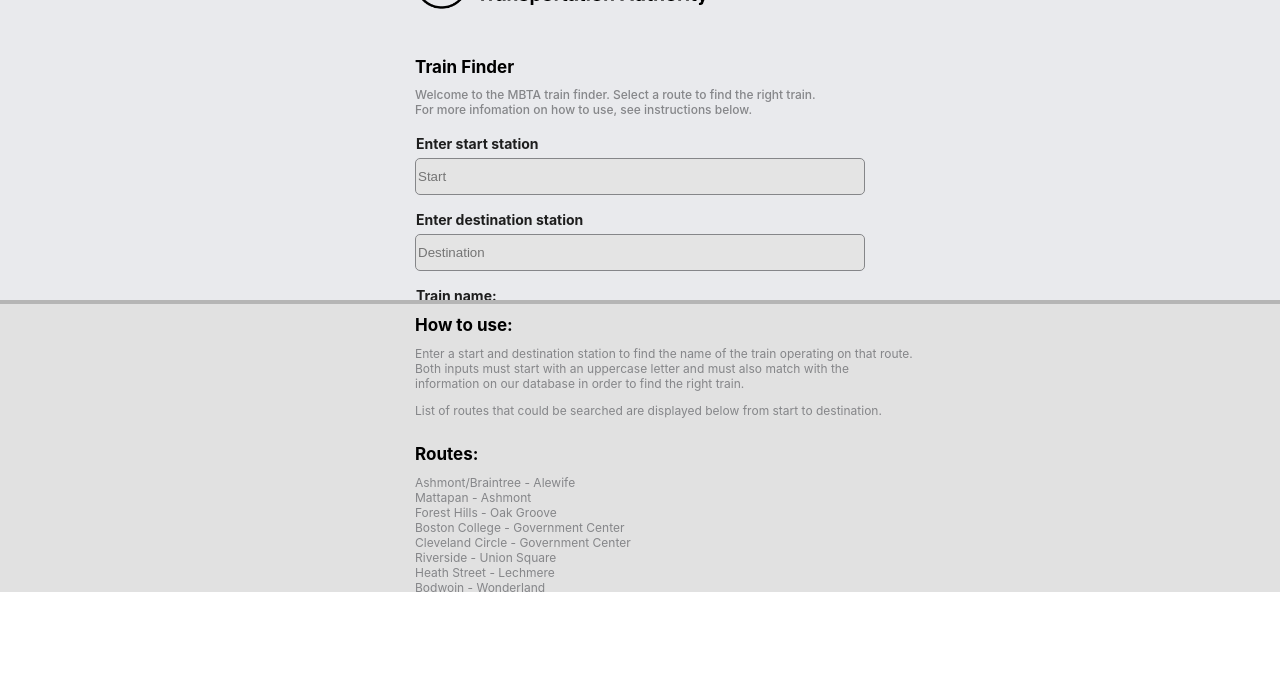
Repository: jumadesigns/mbta-train-finder
Page: / (app in mbta-app/)
An editor plug-in stored every save of this project. The page is shown before and after a run of saves, followed by the edit.
The browser window is 1280 px wide. The pictures show the whole page.
The page's requests for data from a server got no answer. The project was rebuilt for these pictures with package versions that can differ from the ones it lists, and the page was loaded fresh each time. No one was signed in, and anything a server would have sent is missing.

Above is the page before, as saved 2022-09-26 23:53:17.

### mbta-app/src/index.css
body {
  margin: 0;
  font-family: -apple-system, BlinkMacSystemFont, "Segoe UI", "Roboto", "Oxygen",
    "Ubuntu", "Cantarell", "Fira Sans", "Droid Sans", "Helvetica Neue",
    sans-serif;
  -webkit-font-smoothing: antialiased;
  -moz-osx-font-smoothing: grayscale;
  height: 100vh;
}

.App {
  text-align: center;
}

.App-logo {
  margin-top: 3vh;
  max-width: 65%;
  max-height: 65%;
  margin-right: 25vh;
}

.header-title {
  text-align: left;
  margin-top: 6vh;
  font-size: 17px;
}

.header-subtitle {
  color: #858689;
  font-size: 12px;
  font-weight: 500;
  text-align: left;
  margin-top: -1vh;
}

.input-div {
  display: flex;
  flex-direction: column;
  justify-content: center;
  align-items: center;
  background-color: #e9eaed;
  height: 300px;
}

.input-container {
  margin-top: 2vh;
  height: 50vh;
  width: 450px;
  margin-bottom: 12vh;
}

.mbta-input-container {
  display: flex;
  flex-direction: column;
  justify-content: space-between;
  align-items: left;
}

.label-title {
  font-size: 14px;
  color: #1e1e1e;
  text-align: left;
  padding: 1px;
  margin: 5px;
  margin-bottom: 10px;
  margin-left: 0px;
}

.find-train-button {
  height: 48px;
  background-color: #1e1e1e;
  color: white;
  border: 1.5px solid #1e1e1e;
  border-radius: 7px;
}

.button-text {
  text-align: center;
  font-size: 16px;
  margin-top: 13px;
}

.input-bar {
  background: #e4e4e4;
  border: 1.5px solid #858689;
  border-radius: 5px;
  height: 33px;
  margin-bottom: 10px;
  margin-top: -5px;
}

.train-title {
  margin-bottom: 0vh;
}

#train-name {
  font-weight: 700;
  font-size: 20px;
  color: #1e1e1e;
  margin-bottom: 0px;
}

#train-name-not-found {
  font-size: 15px;
  font-weight: 700;
  margin-top: 0vh;
  color: red;
}

#error-message {
  margin-top: 1vh;
  color: red;
  font-size: 15px;
  font-weight: 700;
}

.bottom-container {
  position: absolute;
  bottom: 40;
  width: 100%;
  background-color: #e1e1e1;
  border-top: 4px #b5b5b5 solid;
  height: 40vh;
  display: flex;
  flex-direction: column;
  justify-content: center;
  align-items: center;
}

.bottom-center-div {
  height: 400px;
  width: 450px;
  margin-top: -10px;
  top: 40%;
  position: static;
  /*background-color: blue;*/
}

.bottom-section-title-1 {
  position: absolute;
  font-weight: 700;
  font-size: 17px;
  margin-top: 5vh;
  margin-right: 25vw;
}

.bottom-section-title-2 {
  position: absolute;
  font-weight: 700;
  font-size: 17px;
  margin-top: 2vh;
  margin-right: 25vw;
}

.bottom-section-paragraph-1 {
  font-size: 12px;
  text-align: left;
  color: #858689;
  margin-top: 9.3vh;
  width: 500px;
}

.bottom-section-paragraph-2 {
  font-size: 12px;
  text-align: left;
  color: #858689;
  margin-top: 8vh;
  width: 500px;
}

### mbta-app/src/App.js
import logo from "./logo.png";
import "./index.css";
import Input from "./Input";

/*

  My name is Victor Nite. Thank you for allowing me the opportunity to build this app.
  Although i was required to just complete the steps on the instruction, I went ahead to implement
  some additional functionalities to enhance the the user experience of the app. Here is what i added.

  1. ** Validation Checks **
  Since the name of the stops returned from the API are case sensitive and a user might not know that, I
  implemented validation check to inform the user that the first letter of each word must be case sensitive.
  I also implemented another validation to the check if the stations are not entered correctly.

  2. ** List the stations **
  I also thought a first time user might not know what to search for or how to combine
  the right stations to find a train. So i displayed a list of the stations to aide first time users.

  3. ** Interactive UI **
  I implemented an interactive UI with the official MBTA logo and their style guidelines. I also displayed
  instructions on how to use the app on the UI


  ** ISSUES I HAD **
  I was able to attempt all the steps however, i couldn't make progess with Step 2 simply because all the objects
  with the MBTA trains all returned 2 stops so there was nothing to compare them with.


  I added some comment alongside some of the code for better understanding on my thought process.

*/

function App() {
  return (
    <div className="App">
      <div className="input-div">
        <div className="input-container">
          <header className="App-header">
            <img src={logo} className="App-logo" alt="logo" />
            <h3 className="header-title">Train Finder</h3>
            <p className="header-subtitle">
              Welcome to the MBTA train finder. Select a route to find the right train. <br></br>
              For more infomation on how to use, see instructions below.
            </p>
          </header>

          <Input />
        </div>
      </div>
      <div className="bottom-container">
        <div className="bottom-center-div">
          <h3 className="bottom-section-title-1">How to use:</h3>

          <p className="bottom-section-paragraph-1">
            Enter a start and destination station to find the name of the train
            operating on that route. Both inputs must start with an uppercase
            letter and must also match with the information on our database in
            order to find the right train.
            <p>
              List of routes that could be searched are displayed below from
              start to destination.
            </p>
          </p>

          <h3 className="bottom-section-title-2">Routes:</h3>

          <p className="bottom-section-paragraph-2">
            Ashmont/Braintree - Alewife <br></br>
            Mattapan - Ashmont <br></br>
            Forest Hills - Oak Groove <br></br>
            Boston College - Government Center <br></br>
            Cleveland Circle - Government Center <br></br>
            Riverside - Union Square <br></br>
            Heath Street - Lechmere <br></br>
            Bodwoin - Wonderland <br></br>
          </p>
        </div>
      </div>
    </div>
  );
}

export default App;

### mbta-app/src/Input.js
import "./index.css";
import Axios from "axios";
import React from "react";
import { useEffect, useState } from "react";

/*

  My name is Victor Nite. Thank you for allowing me the opportunity to build this app.
  Although i was required to just complete the steps on the instruction, I went ahead to implement
  some additional functionalities to enhance the the user experience of the app. Here is what i added.

  1. ** Validation Checks **
  Since the name of the stops returned from the API are case sensitive and a user might not know that, I
  implemented validation check to inform the user that the first letter of each word must be case sensitive.
  I also implemented another validation to the check if the stations are not entered correctly.

  2. ** List the stations **
  I also thought a first time user might not know what to search for or how to combine
  the right stations to find a train. So i displayed a list of the stations to aide first time users.

  3. ** Interactive UI **
  I implemented an interactive UI with the official MBTA logo and their style guidelines. I also displayed
  instructions on how to use the app on the UI


  ** ISSUES I HAD **
  I was able to attempt all the steps however, i couldn't make progess with Step 2 simply because all the objects
  with the MBTA trains all returned 2 stops so there was nothing to compare them with.


  I added some comment alongside some of the code for better understanding on my thought process.

*/

function Input() {
  const [responseData, setResponseData] = useState([]);
  const [start, setStart] = useState("");
  const [destination, setDestination] = useState("");
  const [foundTrains, setFoundTrains] = useState("");
  const [errorText, setErrorText] = useState("");
  const [notFound, setNotFound] = useState("");

  //Makes the API call for Step 1 whenever the page loads.
  useEffect(() => {
    getData();
  }, []);

  //Checks on when there is no input.
  useEffect(() => {
    if (start === "" && destination === "") {
      setNotFound("");
      setErrorText("");
      setFoundTrains("");
    }
  }, [start, destination]);

  //Checks for inputs with the wrong answer.
  useEffect(() => {
    if (notFound !== "") {
      setFoundTrains("");
    }
  }, [notFound]);

  //Checks for when wrong answer is deleted.
  useEffect(() => {
    if (start && destination) {
      setNotFound("");
      console.log(start, destination);
    }
  }, [start, destination]);

  const handleStartChange = (event) => {
    const word = event.target.value;

    //Checks for validation to make sure first letter is uppercase. (New Feature)
    if (word.charAt(0) === word.charAt(0).toLowerCase()) {
      setErrorText(
        "*First letter must be Uppercase! Please delete and type again"
      );
    } else if (word.charAt(0) === word.charAt(0).toUpperCase()) {
      setErrorText("");
    }
    setStart(word);
  };

  const handleDestinationChange = (event) => {
    const word = event.target.value;

    //Checks for validation to make sure first letter is uppercase. (New Feature)
    if (word.charAt(0) === word.charAt(0).toLowerCase()) {
      setErrorText(
        "*First letter must be Uppercase! Please delete and type again"
      );
    } else if (word.charAt(0) === word.charAt(0).toUpperCase()) {
      setErrorText("");
    }
    setDestination(word);
  };

  const FindTrains = () => {
    const findTrains = responseData.filter((train) => {
      return (
        train.attributes.direction_destinations.includes(start) &&
        train.attributes.direction_destinations.includes(destination)
      );
    });

    //Checks for when the search returns no data, updates the state to display a message.
    if (findTrains.length > 0) {
      const found = findTrains
        .map((train) => train.attributes.long_name)
        .join("line, ");
      setFoundTrains(found);
    } else {
      setNotFound(
        "*No train was found! Please clear all inputs and search again."
      );
    }
  };

  const getData = () => {
    /*
        Fetch the API. Using the second API link because it returns a more
        filtered list unlike the first one.
    */
    Axios.get("https://api-v3.mbta.com/routes?filter[type]=0,1").then(
      (response) => {
        //Put response in a variable
        const res = response.data;
        //console.log(res.data);

        //Map through the res variable to log to the name of trains to the console as required for Step 1.
        res.data.map((val) => console.log(val.attributes.long_name));

        //Set response to the state
        setResponseData(res.data);
      }
    );
  };

  return (
    <div className="">
      <div className="mbta-input-container">
        <h4 className="label-title">Enter start station</h4>
        <input
          className="input-bar"
          type="text"
          value={start}
          placeholder="Start"
          onChange={(e) => handleStartChange(e)}
        />
        <h4 className="label-title">Enter destination station</h4>
        <input
          className="input-bar"
          type="text"
          value={destination}
          placeholder="Destination"
          onChange={(e) => handleDestinationChange(e)}
        />
        <h4 className="label-title train-title">Train name:</h4>
        <h2 id="train-name">{foundTrains}</h2>
        <p id="train-name-not-found">{notFound}</p>

        <button onClick={FindTrains} className="find-train-button">
          <h3 className="button-text">Find Trains</h3>
        </button>

        <span id="error-message">{errorText}</span>
      </div>
    </div>
  );
}

export default Input;

Loaded but not shown: mbta-app/public/index.html (common file); mbta-app/src/index.js (common file)

After the next 2 saves:
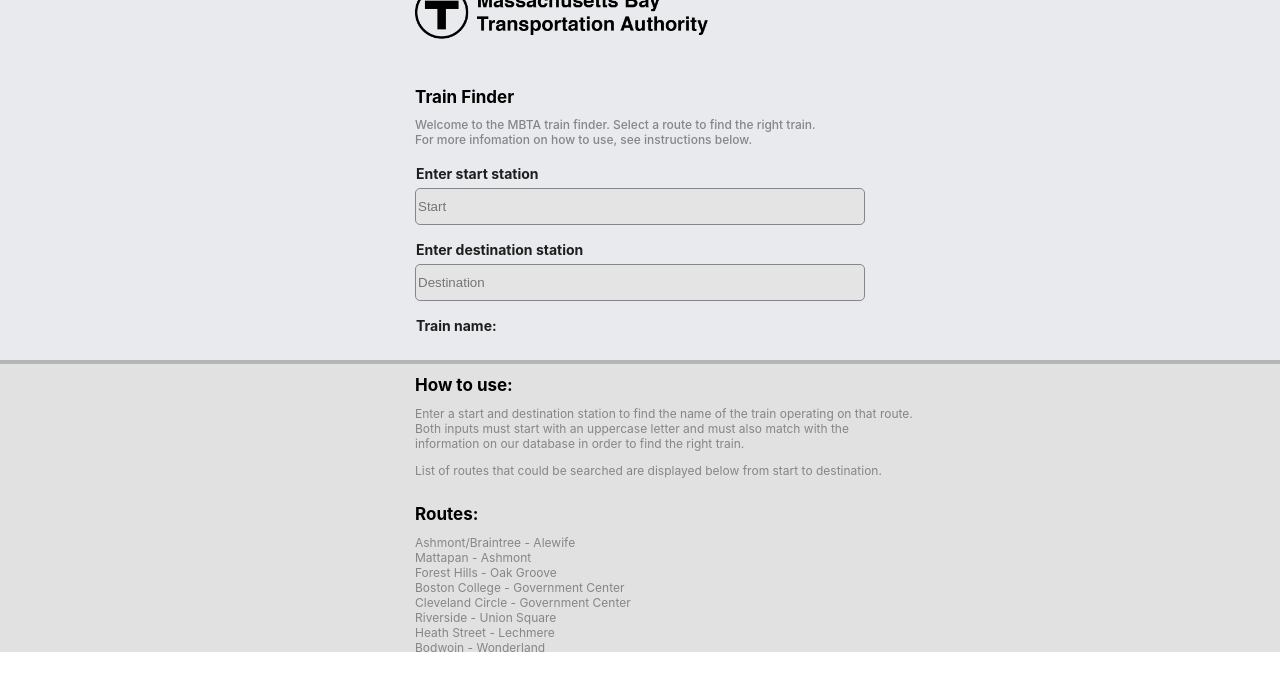
The 2 saves are shown as one change because they came seconds apart.
The last was saved 20 s later.
--- a/mbta-app/src/index.css
+++ b/mbta-app/src/index.css
@@ -39,7 +39,7 @@
   justify-content: center;
   align-items: center;
   background-color: #e9eaed;
-  height: 300px;
+  height: 50vh;
 }
 
 .input-container {
